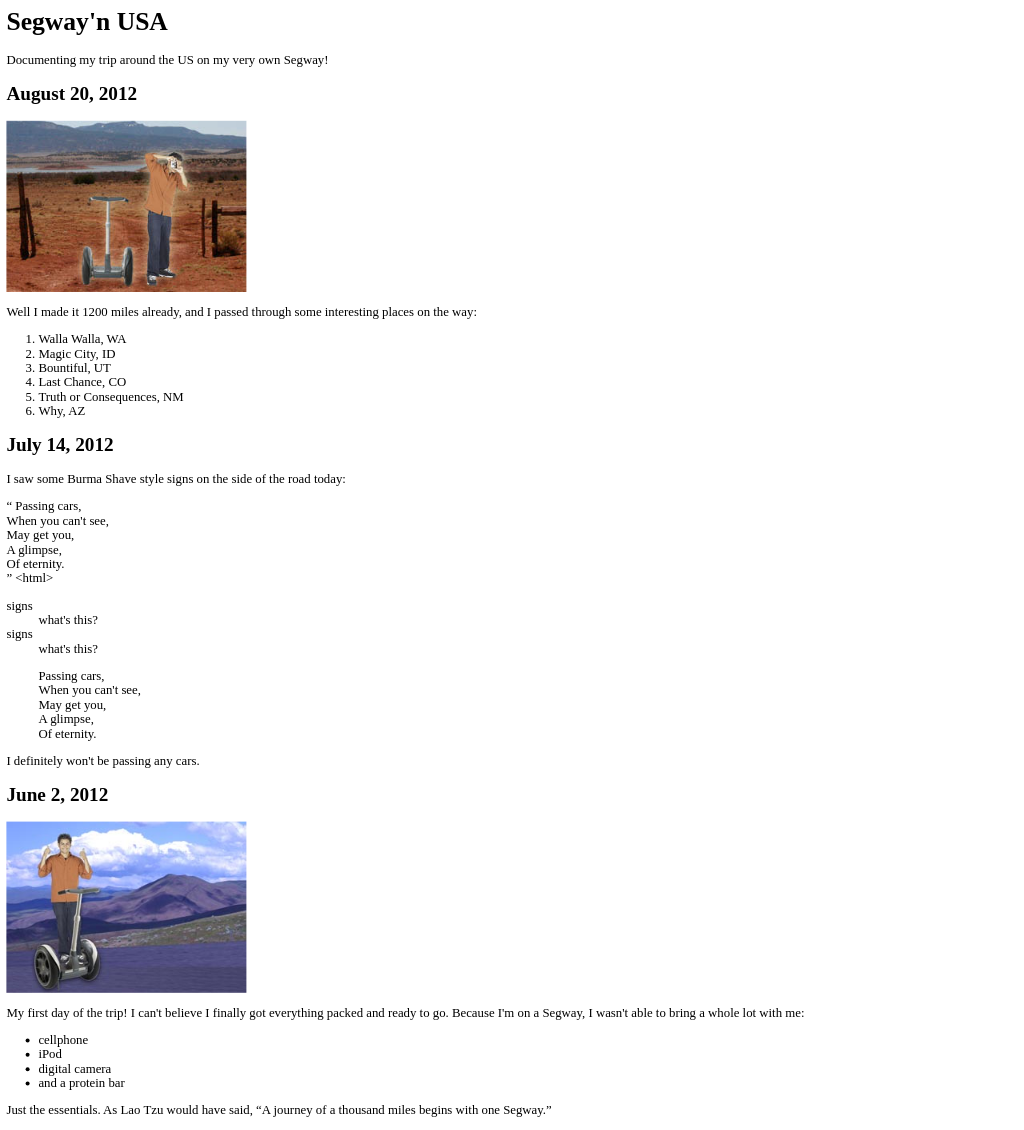
Repository: Dearning/head-first-html-css
Page: chapter3/journal/journal.html
The author's editor kept a copy of each file at every save. The page is drawn from the files as they stood at one save, then again after the next save.
The browser window is 1280 px wide. The pictures show the whole page, at 80% of full size.

Above is the page before, as saved 2021-09-17 09:26:39.

After the next save:
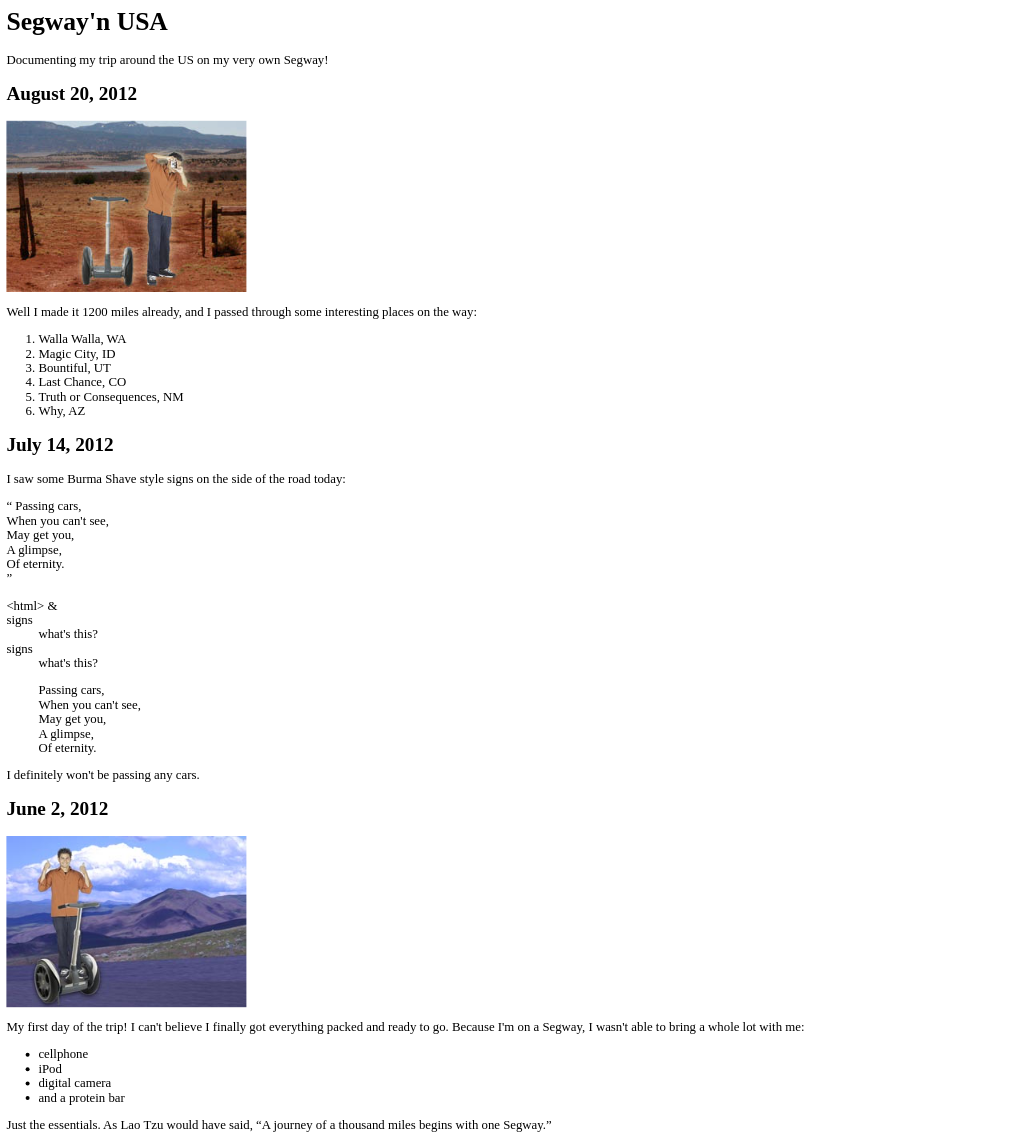
Saved 56 s later.
--- a/chapter3/journal/journal.html
+++ b/chapter3/journal/journal.html
@@ -37,8 +37,9 @@
       A glimpse, <br>
       Of eternity. <br>
     </q>
-    &lt;html&gt;
 <dl>
+  &lt;html&gt;
+  &amp;
   <dt>signs</dt>
   <dd>what's this?</dd>
 
